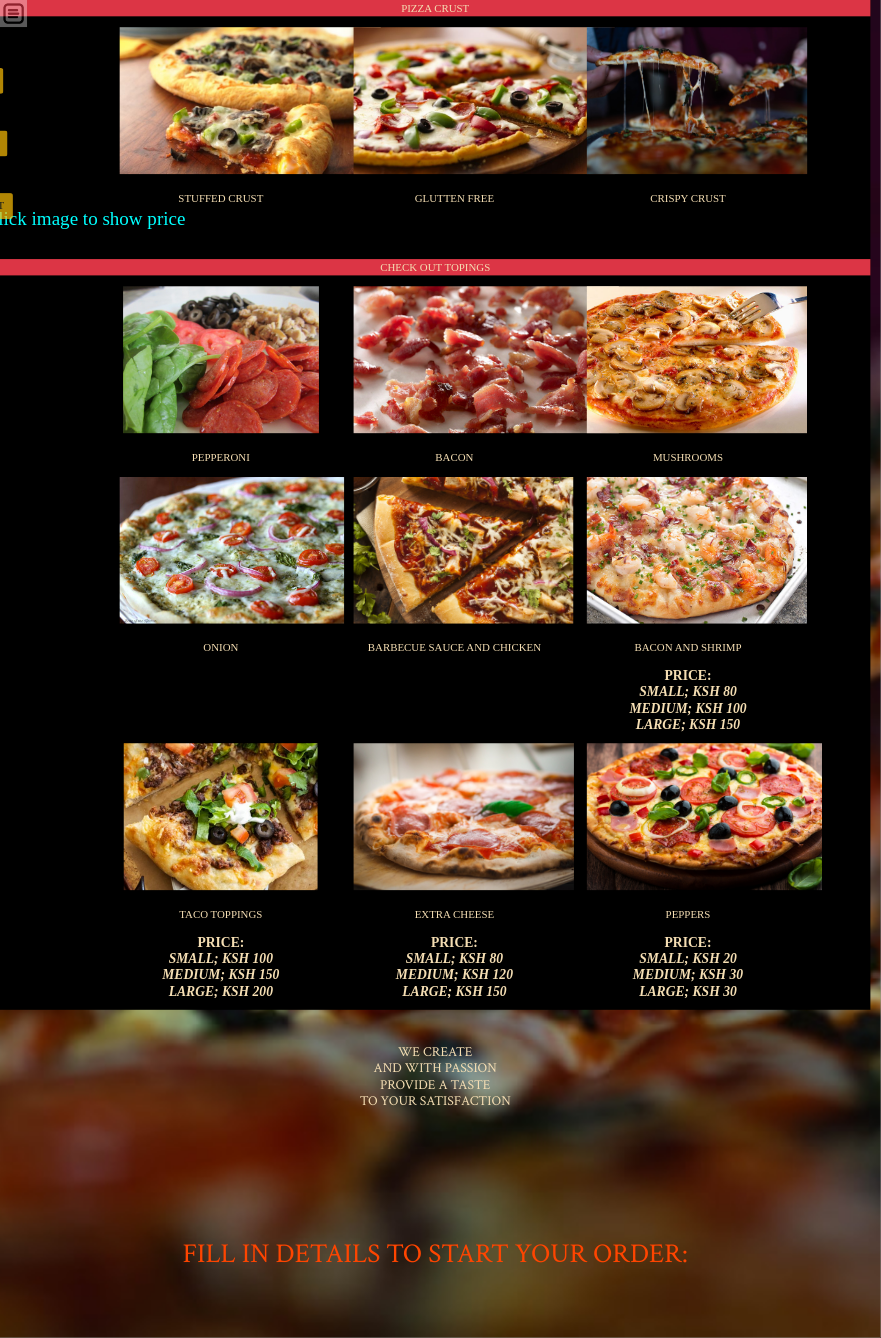
Repository: alexmwaura/MOREO--PIZZA-IP4
Page: mine.html
These files come from the project's save history. The page is drawn as it stood at one moment and after a run of saves; the edit follows.
The browser window is 1280 px wide. The page is 1295 px wide, so the pictures cover 1295 px, including what lies to the right of the window. The pictures show the whole page, at 68% of full size.
Some web fonts or font styles are not loaded; a fallback is used.

Above is the page before, as saved 2019-09-01 14:49:57.

After the next 2 saves:
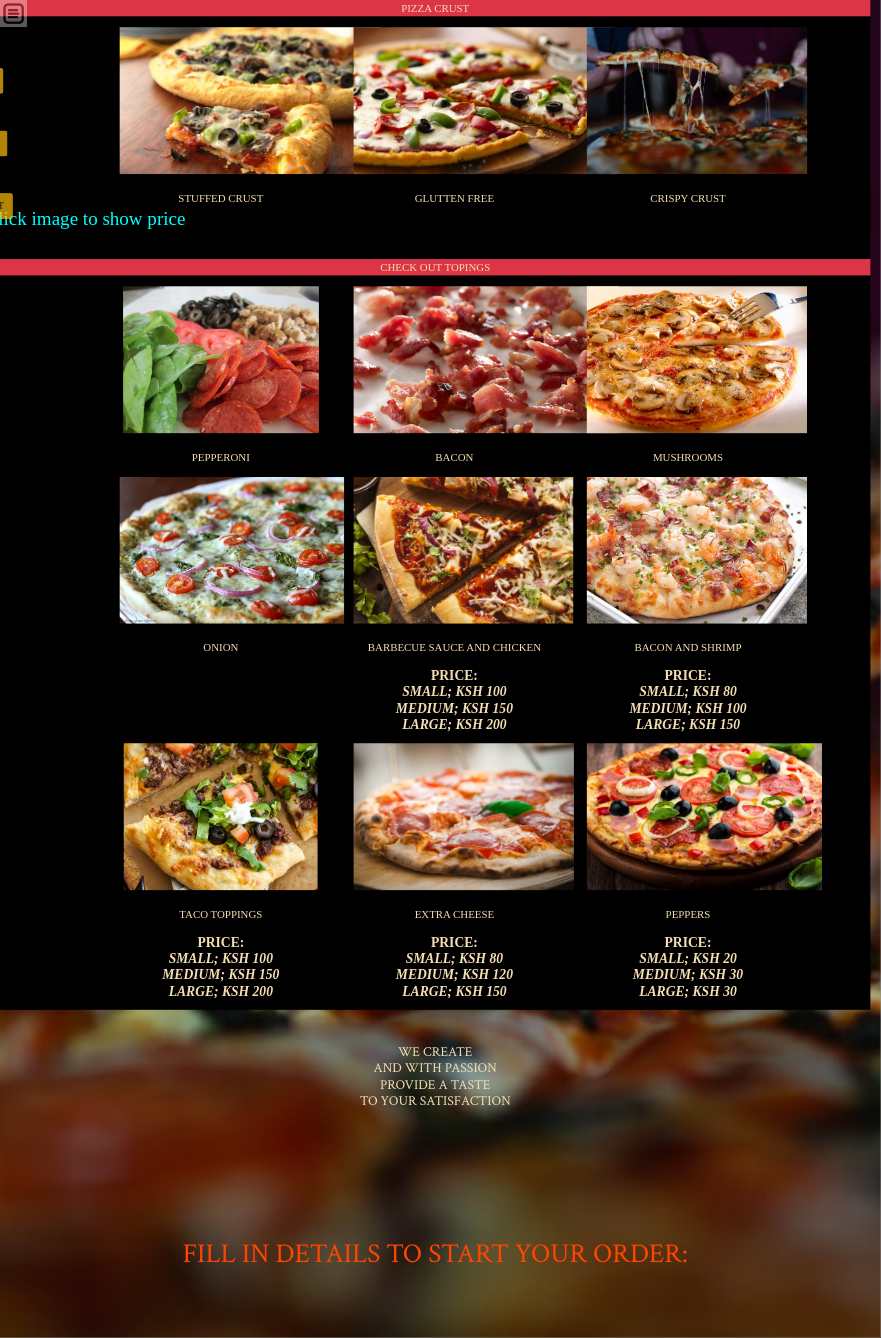
The 2 saves are shown as one change because they came seconds apart.
The last was saved 11 s later.
--- a/mine.html
+++ b/mine.html
@@ -273,8 +273,8 @@
                             <div class="overlay">
                                 <div class="line">
                                     <p class="trial5">BARBECUE SAUCE AND CHICKEN </p>
-                                    <p class="p1">
-                                        <h5 class="p1"><strong> PRICE: <br>
+                                    <p class="p8">
+                                        <h5 class="p8"><strong> PRICE: <br>
                                             <em>SMALL; KSH 100</em><br>
                                             <em>MEDIUM; KSH 150</em><br>
                                             <em>LARGE; KSH 200</em>
